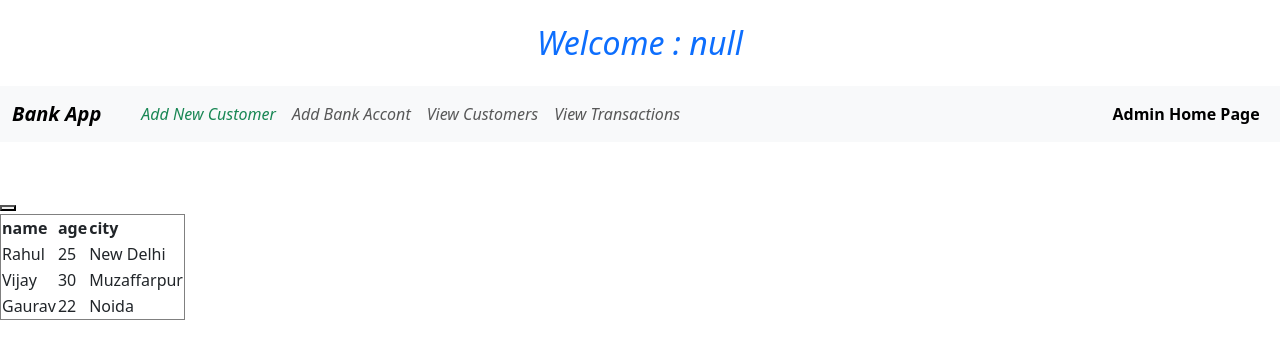
Repository: Niket-mishra/Dummy
Page: http://localhost/Mini-Project/AdminHomePage.jsp
These files come from the project's save history. The page is drawn as it stood at one moment and after the next save; the edit follows.
The browser window is 1280 px wide. The pictures show the whole page.
The page is served by Tomcat 10. Other server files are loaded and not shown.

Above is the page before, as saved 2024-05-10 18:18:56.

### Mini-Project/src/main/webapp/AdminHomePage.jsp
<%@ page language="java" contentType="text/html; charset=ISO-8859-1"
    pageEncoding="ISO-8859-1"%>

<!DOCTYPE html>
<html>
<head>
<meta charset="ISO-8859-1">
<link href="https://cdn.jsdelivr.net/npm/bootstrap@5.3.3/dist/css/bootstrap.min.css" rel="stylesheet">

<title>Admin Home</title>

 <style>

        #myDiv {
            display: none;
            margin-top: 10px;
            cursor: pointer;
        }

        #myDiv1 {
             display: none;
            margin-top: 10px;
            cursor: pointer;
        }
        #myDiv2 {
             display: none;
            margin-top: 10px;
            cursor: pointer;
        }
        #myDiv3 {
             display: none;
            margin-top: 10px;
            cursor: pointer;
        }

    </style>

</head>
<body>
<% String name = String.valueOf(session.getAttribute("name1")); %>
<h2 class ="mb-4 mt-4 fst-italic text-primary text-center">Welcome : <%=name %></h2>
<nav class="navbar navbar-expand-lg bg-body-tertiary mb-5">
  <div class="container-fluid">
    <a class="navbar-brand" href="/"><b><i>Bank App</i></b></a>
    <button class="navbar-toggler" type="button" data-bs-toggle="collapse" data-bs-target="#navbarText" aria-controls="navbarText" aria-expanded="false" aria-label="Toggle navigation">
      <span class="navbar-toggler-icon"></span>
    </button>
    <div class="collapse navbar-collapse ms-3" id="navbarText">
      <ul class="navbar-nav me-auto mb-2 mb-lg-0">
        <li class="nav-item">
          <a class="nav-link active fst-italic align-bottom d-flex justify-content-end link-success link-offset-2 link-underline-opacity-25 link-underline-opacity-100-hover" id="myAnchor" onclick="showDiv()" >Add New Customer</a>
        </li>
        <li class="nav-item fst-italic align-bottom d-flex justify-content-end link-success link-offset-2 link-underline-opacity-25 link-underline-opacity-100-hover">
          <a class="nav-link" href="#" onclick="hideDiv()">Add Bank Accont</a>
        </li>
        <li class="nav-item fst-italic align-bottom d-flex justify-content-end link-success link-offset-2 link-underline-opacity-25 link-underline-opacity-100-hover">
          <a class="nav-link" onclick="showDiv2()">View Customers</a>
        </li>
        <li class="nav-item fst-italic align-bottom d-flex justify-content-end link-success link-offset-2 link-underline-opacity-25 link-underline-opacity-100-hover">
          <a class="nav-link" onclick="showDiv3()">View Transactions</a>
        </li>
      </ul>
      <span class="navbar-text">
        <b> <a href ="AdminHomePage.jsp" class="text-decoration-none">Admin Home Page</a> &nbsp;</b>
      </span>
    </div>
  </div>
</nav>

<div class=" translate-middle  p-4 m-5 rounded bg-white" id="myDiv">
<h2 class ="mb-4 fst-italic text-primary ms-5 ps-5">Add New Customer</h2>
<form action="SignUpController" class="m-5 ps-5 pe-5">
<div class="input-group mb-3">
  <span class="input-group-text">First & Last Name</span>
  <input type="text" aria-label="text" class="form-control" placeholder="First Name" required>
   <input type="text" aria-label="text" class="form-control" placeholder="Last Name" required>
</div>
<div class="input-group mb-3">
  <span class="input-group-text">Login Id</span>
  <input type="email" aria-label="Email" class="form-control" placeholder="Enter Your Email" required>
</div>

<div class="input-group mb-3">
  <span class="input-group-text">Password</span>
  <input type="password" aria-label="password" class="form-control" placeholder="Create New Password" required>
</div>

<div class="vstack gap-2 col-md-12 mx-auto">
<input type ="submit" value ="Sign Up" class="btn btn-success">
<input type ="reset" value ="Cancel" class = "btn btn-danger">
</div>
</form>
</div>

<div id ="myDiv1">
<h2 class ="mb-4 fst-italic text-primary ms-5 ps-5">Add Bank Account</h2>
<form class="m-5 ps-5 pe-5" action="AdminController" onsubmit="" method="post">
<div class="vstack gap-2 col-md-12 mx-auto">
<div class="form-floating mb-3 border border-success-subtle rounded-3">
  <input type="text" class="form-control rounded-3" id="floatingInput" placeholder="c" name ="id" required>
  <label for="floatingInput">Search by Customer Id</label>
</div>
</div>
<input type="submit" value="Search" class="btn btn-success align-self-end justify-content-end pe-5 ps-5 rounded-5" onclick="subDiv()" id="btn" >
</form>
</div>

<div id = "myDiv2">
<h2 class ="mb-4 fst-italic text-primary ms-5 ps-5">Customer Details</h2>
 <table id="customerTable" border="1" class="table table-hover ms-5 me-5 ps-5 pe-5 mb-4">
        <thead class="pe-5">
            <tr>
                <th>First Name</th>
                <th>Last Name</th>
                <th>Email</th>
                <th>Account Number</th>
                <th>Balance</th>
            </tr>
        </thead>
        <tbody class="pe-5">

        </tbody>
    </table>
</div>


<div id = "myDiv3">
<h2 class ="mb-4 fst-italic text-primary ms-5 ps-5">All Transaction</h2>
 <table id="TransactionTable" border="1" class="table table-hover ms-5 me-5 ps-5 pe-5 mb-4">
        <thead>
            <tr>
                <th>Sender A/c No</th>
                <th>Reciever A/c No</th>
                <th>Type of Transaction</th>
                <th>Amount</th>
                <th>Date</th>
            </tr>
        </thead>
        <tbody id="customerTableBody">
            <!-- Table body will be populated dynamically -->
        </tbody>
    </table>
</div>
<button onclick="createTableWithForEach()"></button>
</div>






<script>
    function showDiv() {
        var divElement = document.getElementById("myDiv");
        var divElement1 = document.getElementById("myDiv1");
        var divElement2 = document.getElementById("myDiv2");
        var divElement3 = document.getElementById("myDiv3");

        if(divElement.style.display = "inline"){
        	divElement1.style.display = "none";
        	divElement2.style.display = "none";
        	divElement3.style.display = "none";
        }
    }
    function hideDiv() {
        var divElement = document.getElementById("myDiv");
        var divElement1 = document.getElementById("myDiv1");
        var divElement2 = document.getElementById("myDiv2");
        var divElement2 = document.getElementById("myDiv3");

        if (divElement1.style.display = "inline") {
        	divElement.style.display = "none";
        	divElement2.style.display = "none";
        	divElement3.style.display = "none";
		}
    }
    function showDiv2() {
        var divElement = document.getElementById("myDiv");
        var divElement1 = document.getElementById("myDiv1");
        var divElement2 = document.getElementById("myDiv2");
        var divElement3 = document.getElementById("myDiv3");

        if(divElement2.style.display = "inline"){
        	divElement.style.display = "none";
        	divElement1.style.display = "none";
        	divElement3.style.display = "none";
        }
    }
    function showDiv3() {
        var divElement = document.getElementById("myDiv");
        var divElement1 = document.getElementById("myDiv1");
        var divElement2 = document.getElementById("myDiv2");
        var divElement3 = document.getElementById("myDiv3");

        if(divElement3.style.display = "inline"){
        	divElement1.style.display = "none";
        	divElement2.style.display = "none";
        	divElement.style.display = "none";
        }
    }


//    ------


 const data = [
            { name: 'Rahul', age: 25, city: 'New Delhi' },
            { name: 'Vijay', age: 30, city: 'Muzaffarpur' },
            { name: 'Gaurav', age: 22, city: 'Noida' },
        ];

        function createTableWithForEach() {
            const table = document.createElement('table');
            table.setAttribute('border', '1');

            const headerRow = document.createElement('tr');
            Object.keys(data[0]).forEach(key => {
                const th = document.createElement('th');
                th.appendChild(document.createTextNode(key));
                headerRow.appendChild(th);
            });
            table.appendChild(headerRow);

            data.forEach(item => {
                const row = document.createElement('tr');
                Object.values(item).forEach(value => {
                    const td = document.createElement('td');
                    td.appendChild(document.createTextNode(value));
                    row.appendChild(td);
                });
                table.appendChild(row);
            });

            document.body.appendChild(table);
        }

        createTableWithForEach();

</script>

</body>
</html>

After the next save:
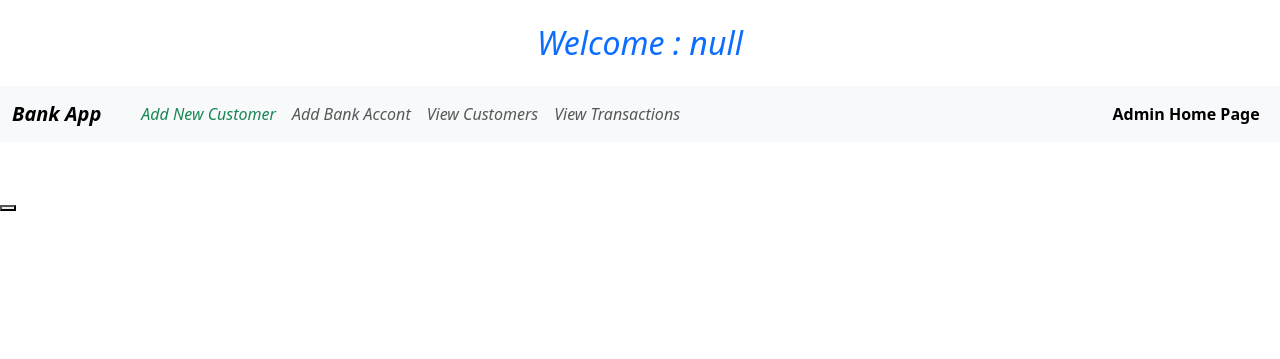
Saved 41 s later.
--- a/Mini-Project/src/main/webapp/AdminHomePage.jsp
+++ b/Mini-Project/src/main/webapp/AdminHomePage.jsp
@@ -234,7 +234,7 @@
             document.body.appendChild(table);
         }
 
-        createTableWithForEach();
+
 
 </script>
 
